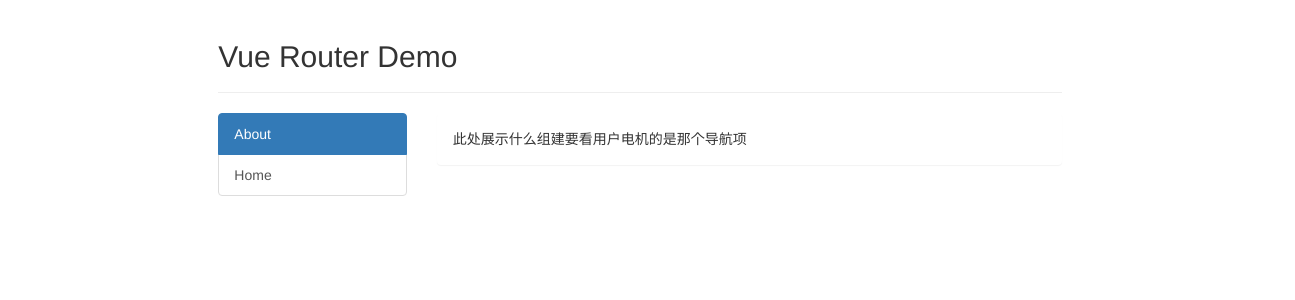
Repository: Crow7277/Vue2-
Page: /#/home
These files come from the project's save history. The page is drawn as it stood at one moment and after the next save; the edit follows.
The browser window is 1280 px wide. The page is 1295 px wide, so the pictures cover 1295 px, including what lies to the right of the window. The pictures show the whole page.
The project was rebuilt for these pictures with package versions that can differ from the ones it lists, and the page was loaded fresh each time. Also part of the build but not shown: vue.config.js, src/components/About.vue, src/components/Home.vue.

Above is the page before, as saved 2022-04-09 16:58:46.

### public/index.html
<!DOCTYPE html>
<html lang="">
    <head>
        <meta charset="utf-8" />
        <!-- 针对IE浏览器，让IE浏览器以最高的渲染级别渲染页面 -->
        <meta http-equiv="X-UA-Compatible" content="IE=edge" />
        <!-- 开启移动端的理想视口 -->
        <meta name="viewport" content="width=device-width,initial-scale=1.0" />
        <!-- 页签图标 -->
        <!-- <%= BASE_URL %>表示public文件夹所在路径 -->
        <link rel="icon" href="<%= BASE_URL %>favicon.ico" />
        <link rel="stylesheet" href="<%= BASE_URL %>css/bootstrap.css" />
        <title><%= htmlWebpackPlugin.options.title %></title>
    </head>

    <body>
        <!-- 当浏览器不支持js时，浏览器就会显示noscript中的内容 -->
        <noscript>
            <strong>
                We're sorry but <%= htmlWebpackPlugin.options.title %> doesn't work properly without
                JavaScript enabled. Please enable it to continue.
            </strong>
        </noscript>
        <!-- 容器 -->
        <div id="app"></div>
        <!-- built files will be auto injected -->
    </body>
</html>

### src/main.js
// 引入Vue
import Vue from 'vue';
// 引入App
import App from './App.vue';
// 引入路由
import VueRouter from 'vue-router';
// 引入路由器
import router from './router';
// 关闭生产环境提示
Vue.config.productionTip = false;

// 应用插件
Vue.use(VueRouter);

// 创建Vue
new Vue({
    el: '#app',
    render: h => h(App),
    router: router,
});

### src/App.vue
<template>
    <div>
        <div class="row">
            <div class="col-xs-offset-2 col-xs-8">
                <div class="page-header"><h2>Vue Router Demo</h2></div>
            </div>
        </div>
        <div class="row">
            <div class="col-xs-2 col-xs-offset-2">
                <div class="list-group">
                    <!-- 原始HTML中使用a标签实现页面的跳转 -->
                    <!-- <a class="list-group-item active" href="./about.html">About</a> -->
                    <!-- <a class="list-group-item" href="./home.html">Home</a> -->
                    <router-link class="list-group-item active" to="/about">About</router-link>
                    <router-link class="list-group-item" to="/home">Home</router-link>
                </div>
            </div>
            <div class="col-xs-6">
                <div class="panel">
                    <div class="panel-body">此处展示什么组建要看用户电机的是那个导航项</div>
                </div>
            </div>
        </div>
    </div>
</template>

<script>
export default {
    name: 'App',
};
</script>
<style></style>

### src/router/index.js
// 该文件用于创建整个应用的路由器
import VueRouter from 'vue-router';
// 引入组件
import About from '../components/About.vue';
import Home from '../components/Home.vue';

// 创建并暴露一个路由器
export default new VueRouter({
    routes: [
        {
            path: '/about',
            component: About,
        },
        {
            path: '/home',
            component: Home,
        },
    ],
});

Loaded but not shown: public/css/bootstrap.css (library)

After the next save:
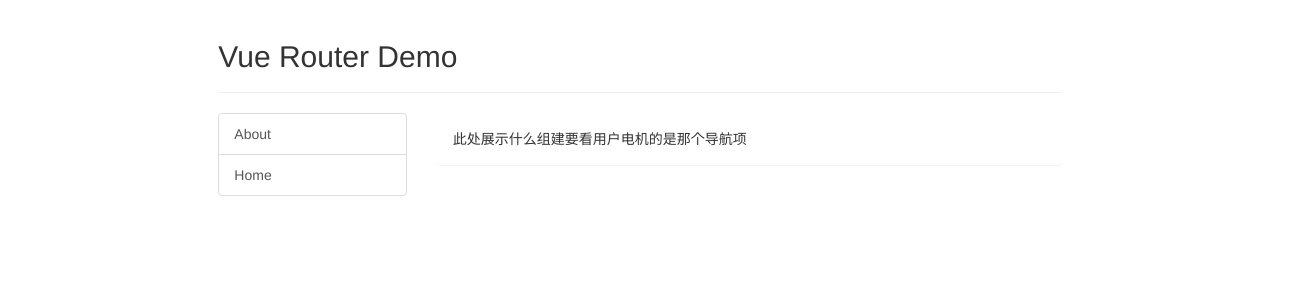
Saved 52 s later.
--- a/src/App.vue
+++ b/src/App.vue
@@ -11,7 +11,7 @@
                     <!-- 原始HTML中使用a标签实现页面的跳转 -->
                     <!-- <a class="list-group-item active" href="./about.html">About</a> -->
                     <!-- <a class="list-group-item" href="./home.html">Home</a> -->
-                    <router-link class="list-group-item active" to="/about">About</router-link>
+                    <router-link class="list-group-item" to="/about">About</router-link>
                     <router-link class="list-group-item" to="/home">Home</router-link>
                 </div>
             </div>
